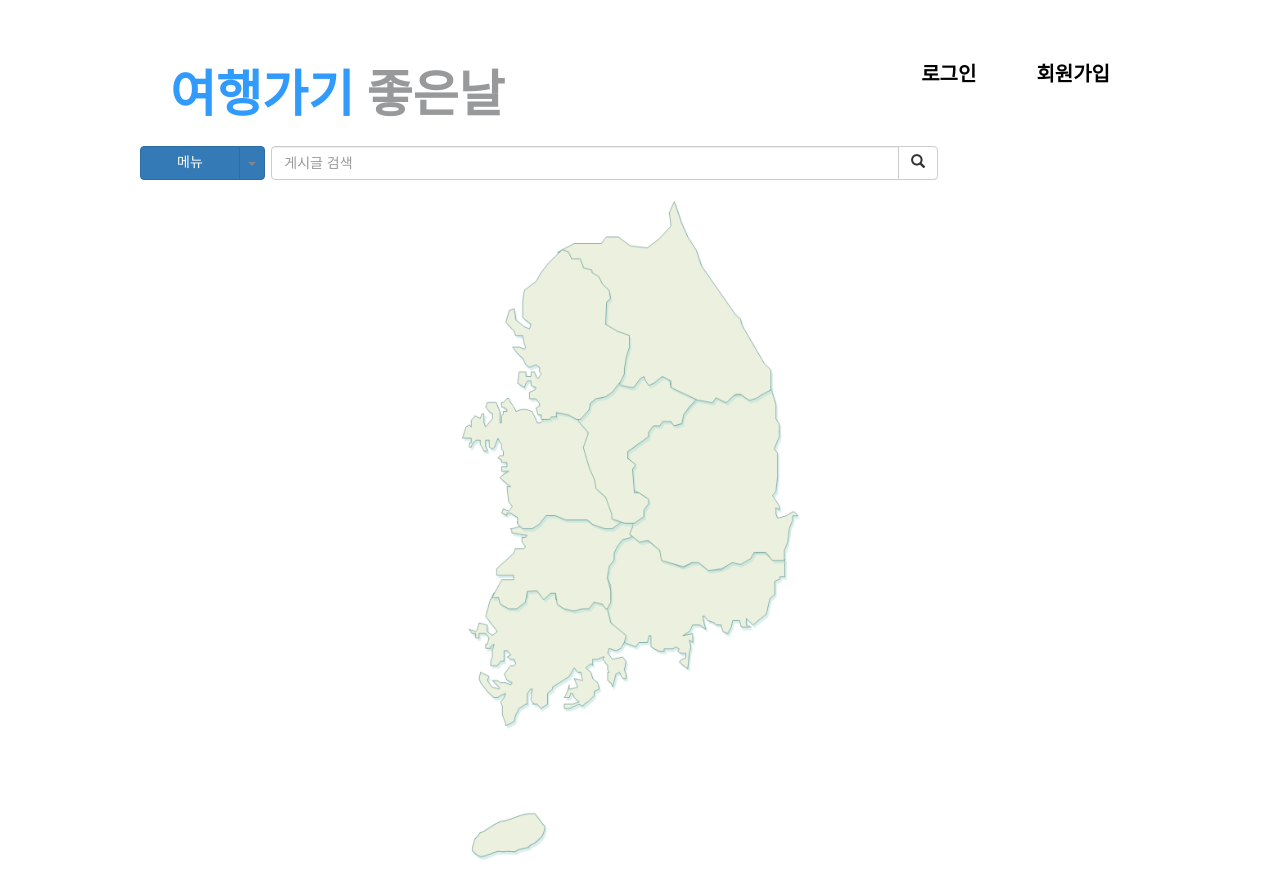
Repository: Hotmintchoco/teamProject1
Page: http://localhost/tripProject/mypage.jsp
These files come from the project's save history. The page is drawn as it stood at one moment and after the next save; the edit follows.
The browser window is 1280 px wide. The pictures show the whole page.
Some web fonts or font styles are not loaded; a fallback is used. The page is served by Tomcat 9. Nobody is signed in. The application's start-up code is not run. Other server files are loaded and not shown.

Above is the page before, as saved 2022-07-02 11:46:55.

### tripProject/src/main/webapp/mypage.jsp
<%@ page language="java" contentType="text/html; charset=UTF-8"
    pageEncoding="UTF-8"%>
<!DOCTYPE html>
<html>
<head>
<meta charset="UTF-8">
    <meta name="viewport" content="width=device-width, initial-scale=1.0">
    <title>여행가기 좋은날</title>
    <link rel="preconnect" href="https://fonts.googleapis.com">
	<link rel="preconnect" href="https://fonts.gstatic.com" crossorigin>
	<link href="https://fonts.googleapis.com/css2?family=Gugi&display=swap" rel="stylesheet">
    <link rel="stylesheet" href="fontawesome/css/all.min.css"> <!-- https://fontawesome.com/ -->
    <link rel="stylesheet" href="css/magnific-popup.css">
    <link rel="stylesheet" href="css/templatemo-ocean-vibes.css">
    <link rel="stylesheet" href="https://maxcdn.bootstrapcdn.com/bootstrap/3.4.1/css/bootstrap.min.css">
    <script src="https://ajax.googleapis.com/ajax/libs/jquery/3.6.0/jquery.min.js"></script>
  	<script src="https://maxcdn.bootstrapcdn.com/bootstrap/3.4.1/js/bootstrap.min.js"></script>

    <style>
    	* {font-family: 'Gugi', cursive}
        ul,ol.li {list-style: none; margin: 0; padding: 0;}
        nav {width: 1000px; height: 50px; margin:0 auto;}
	    nav > ul > li > a {float: right; color: black; font-size: 20px;
            text-decoration: none; margin: 0px 30px 0 30px;
            font-weight: bold;}
        #slider {width: 1000px; height: 700px; margin: 0 auto;}
        #slider > img {margin-left: 250px;}
        .tm-mt-0 {float: left; font-size: 50px;}
        #menubar {width: 1000px; margin: 0 auto;}
    </style>
</head>
<body>
    <header class="tm-site-header">
        <div>
            <nav>
                <ul>
                    <li><a href="#">회원가입</a></li>
                    <li><a href="#">로그인</a></li>
                    <li><a href="mypage.jsp" class="tm-mt-0 tm-mb-15"><span class="tm-color-primary">여행가기</span> <span class="tm-color-gray-2">좋은날</span></a></li>
                </ul>
            </nav>
        </div>
    </header>
    <div id="menubar">
		<table style="width: 100%;">
			<tbody>
				<tr style="width: 100%;">
					<td style="width: 13%;">
						<div class="btn-group">
							<button type="button" class="btn btn-primary" style="width:100px;">메뉴</button>
							<button type="button" class="btn btn-primary dropdown-toggle"
								data-toggle="dropdown">
								<span class="caret"></span>
							</button>
							<ul class="dropdown-menu" role="menu">
								<li><a href="#">코스</a></li>
								<li><a href="#">축제</a></li>
								<li><a href="#">이벤트</a></li>
							</ul>
						</div>
					</td>
					<td style="width: 66%;">
					<form action="memberForm.jsp">
						<div class="input-group">
							<input type="text" class="form-control" name="search"
								placeholder="게시글 검색">
							<div class="input-group-btn">
								<button class="btn btn-default" type="submit">
									<i class="glyphicon glyphicon-search"></i>
								</button>
							</div>
						</div>
					</form>
					</td>
					<td style="width: 20%;"></td>
				</tr>
			</tbody>
		</table>
    </div>

	<div id="slider">
        <img src="img/koreaMap2.png" alt="Map" width="450px" height="700px">
    </div>

    <script src="js/jquery-3.4.1.min.js"></script>
    <script src="js/imagesloaded.pkgd.min.js"></script>
    <script src="js/isotope.pkgd.min.js"></script>
    <script src="js/jquery.magnific-popup.min.js"></script>
    <script src="js/templatemo-script.js"></script>
</body>
</html>

### tripProject/src/main/webapp/css/templatemo-ocean-vibes.css
/*

TemplateMo 554 Ocean Vibes

https://templatemo.com/tm-554-ocean-vibes

*/

html { overflow-x: hidden; }

body {
    font-family: 'Source Sans Pro', sans-serif;
    font-size: 19px;
    line-height: 1.8em;
    overflow-x: hidden;
}

p, span, em, a, address { color: #848586; }
h2, p {
    margin-top: 0;
}

a:hover, a.active { color: #309AFD; }

.tm-btn {
    padding: 10px 40px;
    color: white;
    background-color: #3299CD;
    display: inline-block;
    border: none;
    cursor: pointer;
    font-size: 1.2rem;
    transition: all 0.3s ease;
}

button.tm-btn {
    padding: 15px 40px;
}

.tm-btn:hover {
    color: white;
    background-color: #49b4e9;
}

h1 { font-size: 3rem; }
em { display: block; }
div { box-sizing: border-box;}
.tm-mt-35 { margin-top: 35px; }
.tm-mb-0 { margin-bottom: 0; }
.tm-mb-15 { margin-bottom: 15px; }
.tm-mb-30 { margin-bottom: 30px; }
.tm-mb-40 { margin-bottom: 40px; }
.tm-mb-50 { margin-bottom: 50px; }
.tm-mb-80 { margin-bottom: 80px; }
.tm-text-center { text-align: center; }
.tm-text-right { text-align: right; }
.tm-color-primary { color: #309AFD; }
.tm-color-gray { color: #666768; }
.tm-color-gray-2 { color: #98999A; }
.tm-color-light-gray { color: #9E9FA0; }
.tm-bg-white { background-color: #FFF; }
.tm-bg-gray { background-color: #F1F2F3; }
blockquote { margin: 0 0 30px 10px; }
img { max-width: 100%; }
.tm-page-title { font-size: 30px; }

body, ul {
    margin: 0;
    padding: 0;
}

a {
    text-decoration: none;
    transition: all 0.3s ease;
}

.tm-mt-0 { margin-top: 0; }

.tm-site-header {
    padding: 60px 70px 30px;
}

.tm-tagline {
    font-size: 1.5rem;
    margin-left: 130px;
}

#tm-video-container {
    max-height: 400px;
    overflow: hidden;
    background-color: #333;
    margin-bottom: 90px;
    position: relative;
}

#tm-video {
    width: 100%;
    height: auto;
}

#tm-video-control-button {
    position: absolute;
    bottom: 20px;
    right: 20px;
    z-index: 1000;
    color: #e1e1e1;
}

.tm-nav-item {
    list-style: none;
    margin: 22px;
}

.tm-nav-link {
    display: flex;
    align-items: center;
    flex-direction: column;
    width: 200px;
    height: 200px;
    padding: 30px;
    border: 1px solid #D2D3D4;
    color: #999;
    box-sizing: border-box;
}

.tm-nav-link:hover,
.tm-nav-link.active {
    color: #309AFD;
}

.tm-nav-link i {
    margin-top: 30px;
    color: #309AFD;
}

.tm-main-nav ul {
    display: flex;
    flex-wrap: wrap;
    margin-left: auto;
    margin-right: auto;
}

.tm-container {
    max-width: 1254px;
    padding-left: 15px;
    padding-right: 15px;
    margin: 0 auto 135px;
}

.tm-footer {
    display: flex;
    justify-content: space-between;
    padding: 25px;
    font-size: 0.9em;
}

.tm-close-popup {
    text-align: right;
    display: block;
}

.tm-close-popup i {
    margin-left: 10px;
    margin-right: 10px;
}

.tm-row {
    display: flex;
}

.tm-col-6 {
    flex: 0 0 50%;
}

.tm-intro-pad {
    padding: 40px 55px 50px;
}

.tm-intro-col-l {
    margin-right: 40px;
}

/* text-based popup styling */
.popup {
    position: relative;
    padding: 12px 10px 35px;
    width:auto;
    max-width: 1200px;
    margin: 0 auto;
}

/*

====== Move-from-top effect ======

*/
.mfp-move-from-top .mfp-with-anim {
    opacity: 0;
    transition: all 0.2s;
    transform: translateY(-100px);
}
.mfp-move-from-top.mfp-bg {
    opacity: 0;
    transition: all 0.2s;
}
.mfp-move-from-top.mfp-ready .mfp-with-anim {
    opacity: 1;
    transform: translateY(0);
}
.mfp-move-from-top.mfp-ready.mfp-bg {
    opacity: 0.8;
}
.mfp-move-from-top.mfp-removing .mfp-with-anim {
    transform: translateY(-50px);
    opacity: 0;
}
.mfp-move-from-top.mfp-removing.mfp-bg {
    opacity: 0;
}

button.mfp-arrow {
    display: none;
}

/* Intro */
.tm-intro-img {
    max-width: 300px;
    max-height: 600px;
}

/* Gallery */
.tm-gallery {
    flex: 0 0 68%;
    margin: 0 20px;
}

.tm-gallery-container {
    position: relative;
    max-width: 800px;
    margin: 0 -10px;
	list-style: none;
    text-align: center;
}

.tm-paging {
    overflow: auto;
    margin-top: 25px;
}

.tm-paging li {
    list-style: none;
}

.tm-paging-link {
    display: flex;
    float: left;
    width: 40px;
    height: 40px;
    align-items: center;
    justify-content: center;
    background: white;
    color: #999;
    margin-right: 15px;
    margin-bottom: 15px;
}

a.tm-paging-link.active,
a.tm-paging-link:hover {
    background: #309AFD;
    color: white;
}

.tm-gallery-right {
    flex: 0 0 26%;
    margin-left: 15px;
}

.tm-gallery-links {
    margin-left: 35px;
    margin-bottom: 55px;
}

.tm-gallery-links li {
    list-style: none;
    margin-bottom: 20px;
}

.tm-gallery-link-icon {
    display: inline-block;
    width: 30px;
}

.tm-gallery-item {
    overflow: hidden;
    margin: 15px 10px;
    min-width: 180px;
    max-width: 180px;
    max-height: 240px;
    width: 25%;
    background: #3085a3;
    text-align: center;
    cursor: pointer;
}

.tm-gallery-container figure img {
    position: relative;
    display: block;
    min-height: 100%;
    max-width: 100%;
    opacity: 0.9;
}

.tm-gallery-container figure figcaption {
	padding: 2em;
	color: #fff;
	text-transform: uppercase;
	font-size: 1.25em;
	-webkit-backface-visibility: hidden;
	backface-visibility: hidden;
}

.tm-gallery-container figure figcaption::before,
.tm-gallery-container figure figcaption::after {
	pointer-events: none;
}

.tm-gallery-container figure figcaption,
.tm-gallery-container figure figcaption > a {
	position: absolute;
	top: 0;
	left: 0;
	width: 100%;
	height: 100%;
}

/* Anchor will cover the whole item by default */
/* For some effects it will show as a button */
.tm-gallery-container figure h2 {
	word-spacing: -0.15em;
	font-weight: 300;
}

.tm-gallery-container figure h2 span {
	font-weight: 800;
}

.tm-gallery-container figure h2,
.tm-gallery-container figure p {
	margin: 0;
}

.tm-gallery-container figure p {
	letter-spacing: 1px;
	font-size: 68.5%;
}

/*---------------*/
/***** Chico *****/
/*---------------*/

figure.effect-chico img {
	-webkit-transition: opacity 0.35s, -webkit-transform 0.35s;
	transition: opacity 0.35s, transform 0.35s;
	-webkit-transform: scale(1.12);
	transform: scale(1.12);
}

figure.effect-chico:hover img {
	opacity: 0.5;
	-webkit-transform: scale(1);
	transform: scale(1);
}

figure.effect-chico figcaption {
    padding: 1em;
    box-sizing: border-box;
    display: flex;
    align-items: center;
}

figure.effect-chico figcaption::before {
	position: absolute;
	top: 15px;
	right: 15px;
	bottom: 15px;
	left: 15px;
	border: 1px solid #fff;
	content: '';
	-webkit-transform: scale(1.1);
	transform: scale(1.1);
}

figure.effect-chico figcaption::before,
figure.effect-chico p {
	opacity: 0;
	-webkit-transition: opacity 0.35s, -webkit-transform 0.35s;
	transition: opacity 0.35s, transform 0.35s;
}

figure.effect-chico h2 {
	padding: 20% 0 20px 0;
}

figure.effect-chico p {
    color: white;
	margin: 0 auto;
	max-width: 200px;
	-webkit-transform: scale(1.5);
	transform: scale(1.5);
}

figure.effect-chico:hover figcaption::before,
figure.effect-chico:hover p {
	opacity: 1;
	-webkit-transform: scale(1);
	transform: scale(1);
}

/* Testimonials */
.tm-testimonials-inner {
    padding: 0 20px 30px;
}

.tm-testimonial-col {
    flex: 0 0 33.3334%;
    padding-left: 20px;
    padding-right: 20px;
}

/* About */
.mapouter{
    position:relative;
    height:250px;
    width:100%;
}

.gmap_canvas {
    overflow:hidden;
    background:none!important;
    height:250px;
    width:100%;
}
.tm-contact-row {
    max-width: 1045px;
}
.tm-about-col {
    margin-left: 40px;
    margin-right: 40px;
    max-width: 500px;
}

/* Contact */
#contact {
    padding-bottom: 65px;
}
.tm-contact-col {
    flex: 0 0 50%;
    padding-left: 40px;
}

.tm-contact-col-r {
    padding-left: 0;
    padding-right: 30px;
}

.tm-contact-form {
    max-width: 350px;
    margin-left: 40px;
    margin-right: 40px;
}

.form-control {
    font-family: 'Source Sans Pro', sans-serif;
    font-size: 1.2rem;
    border: 1px solid #D5D6D7;
    box-sizing: border-box;
    padding: 15px;
    width: 100%;
}

.form-group {
    margin-bottom: 25px;
}

select:not([multiple]) {
    -webkit-appearance: none;
    -moz-appearance: none;
    background-position: right 15px center;
    background-repeat: no-repeat;
    background-image: url(../img/select-arrow.png);
    padding: 14px 20px;
    padding-right: 20px;
    color: #666;
}

.tm-contact-links li {
    list-style: none;
    margin-bottom: 10px;
}

.tm-contact-link-icon {
    margin-right: 15px;
}

address {
    font-style: normal;
}

@media (max-width: 850px) {
    .tm-contact-row {
        flex-direction: column;
    }

    .tm-contact-col {
        flex: 0 0 100%;
        max-width: 100%;
        padding-left: 30px;
        padding-right: 30px;
    }

    .tm-contact-form {
        max-width: 100%;
        margin-left: 0;
        margin-right: 0;
        margin-bottom: 50px;
    }
}

@media (max-width: 700px) {
    .tm-about-row {
        flex-direction: column;
    }
    .tm-about-col {
        flex: 0 0 100%;
    }
}

@media (max-width: 1264px) {
    .tm-main-nav ul {
        max-width: 976px;
    }
}

@media (max-width: 1020px) {
    .tm-main-nav ul {
        max-width: 732px;
    }
}

@media (max-width: 776px) {
    .tm-main-nav ul {
        max-width: 488px;
    }
}

@media (max-width: 532px) {
    .tm-main-nav ul {
        max-width: 244px;
    }
}

@media (max-width: 992px) {
    .tm-testimonial-row {
        flex-wrap: wrap;
    }
    .tm-testimonial-col {
        flex: 100%;
        margin-bottom: 50px;
    }

    .tm-testimonial-col:last-child {
        margin-bottom: 0;
    }

    .tm-testimonial-col-2 {
        flex: 50%;
    }
}

@media (max-width: 635px) {
    .tm-testimonial-col-2 {
        flex: 100%;
    }
}

@media (max-width: 902px) {
    .tm-gallery {
        flex: 0 0 50%;
    }
    .tm-gallery-right {
        flex: 0 0 38%;
    }
}

@media (max-width: 805px) {
    .tm-gallery-row {
        flex-direction: column-reverse;
    }
    .tm-gallery {
        flex: 0 0 100%;
    }
    .tm-gallery-right {
        flex: 0 0 100%;
        margin-left: 20px;
        margin-right: 20px;
    }

    .tm-gallery-right-inner {
        display: flex;
        flex-direction: column-reverse;
    }

    .tm-gallery-links {
        display: flex;
        flex-wrap: wrap;
        margin-top: 20px;
        margin-bottom: 0;
        margin-left: 0;
    }

    .tm-gallery-links li {
        margin-right: 20px;
    }
}

@media (max-width: 850px) {
    .tm-content-row {
        flex-direction: column;
    }

    .tm-intro-col-l {
        margin-right: 0;
    }
}

@media (max-width: 650px) {
    .tm-intro-row {
        flex-direction: column;
    }

    .tm-intro-img {
        max-width: 100%;
        max-height: none;
    }
}

@media (max-width: 540px) {
    .tm-footer {
        flex-direction: column;
        align-items: center;
    }
}

@media (max-width: 558px) {
    .tm-site-header {
        padding-left: 30px;
        padding-right: 30px;
    }

    .tm-tagline {
        margin-left: 30px;
    }
}

Loaded but not shown: tripProject/src/main/webapp/fontawesome/css/all.min.css (library); tripProject/src/main/webapp/css/magnific-popup.css (library); tripProject/src/main/webapp/js/jquery-3.4.1.min.js (library); tripProject/src/main/webapp/js/imagesloaded.pkgd.min.js (library); tripProject/src/main/webapp/js/isotope.pkgd.min.js (library); tripProject/src/main/webapp/js/jquery.magnific-popup.min.js (library); tripProject/src/main/webapp/js/templatemo-script.js (272 lines, source omitted)

After the next save:
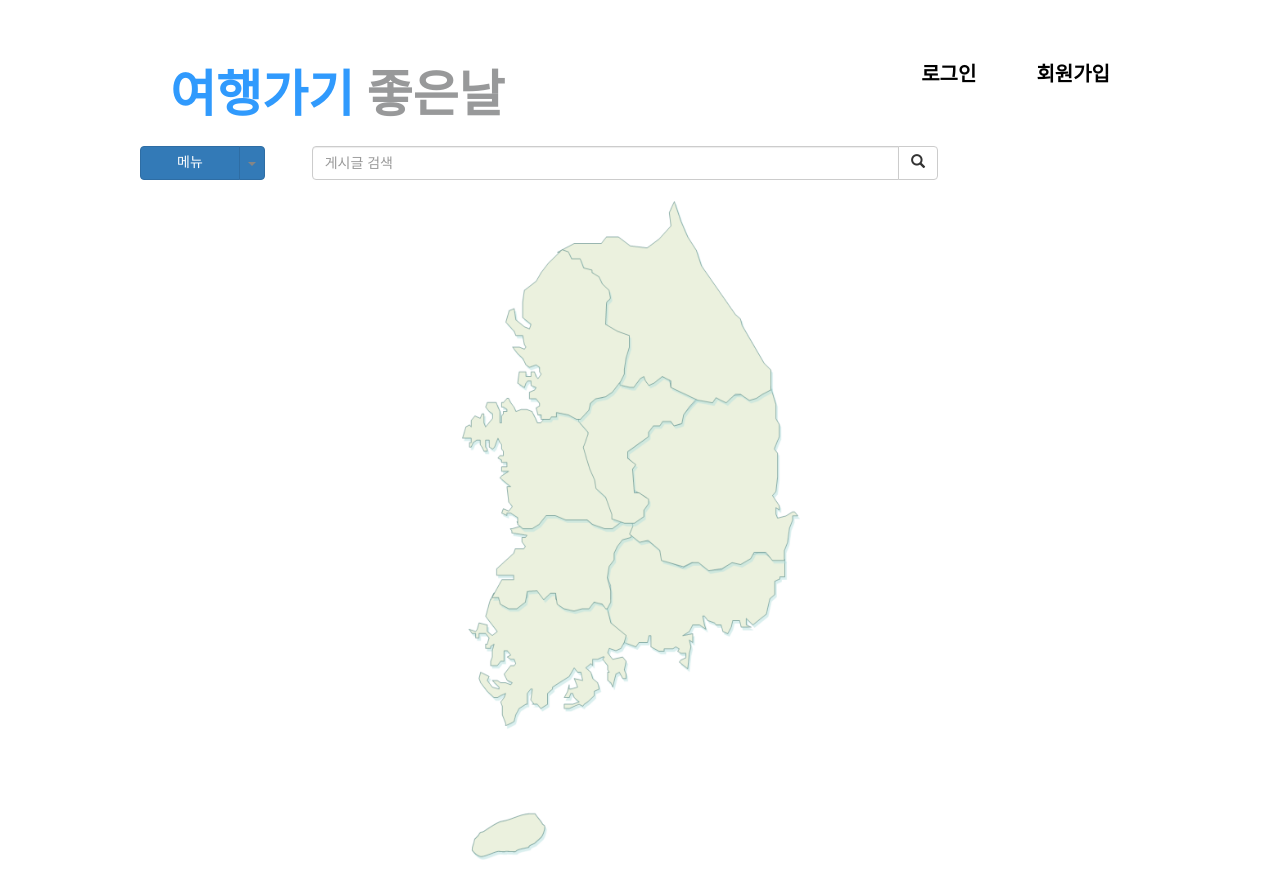
Saved 44 s later.
--- a/tripProject/src/main/webapp/mypage.jsp
+++ b/tripProject/src/main/webapp/mypage.jsp
@@ -45,7 +45,7 @@
 		<table style="width: 100%;">
 			<tbody>
 				<tr style="width: 100%;">
-					<td style="width: 13%;">
+					<td style="width: 17%;">
 						<div class="btn-group">
 							<button type="button" class="btn btn-primary" style="width:100px;">메뉴</button>
 							<button type="button" class="btn btn-primary dropdown-toggle"
@@ -59,7 +59,7 @@
 							</ul>
 						</div>
 					</td>
-					<td style="width: 66%;">
+					<td style="width: 62%;">
 					<form action="memberForm.jsp">
 						<div class="input-group">
 							<input type="text" class="form-control" name="search"
